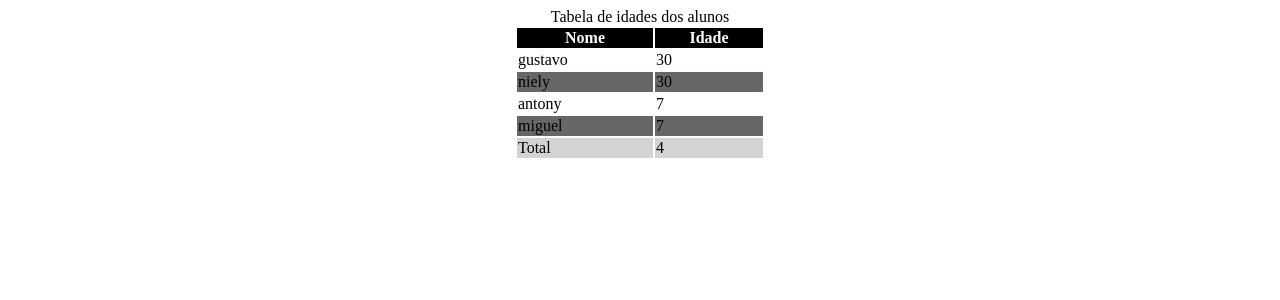
Repository: gustavotwist/html-css
Page: tabl.html
An editor plug-in stored every save of this project. The page is shown before and after the next save, followed by the edit.
The browser window is 1280 px wide. The pictures show the whole page.

Above is the page before, as saved 2024-04-27 20:17:48.

### tabl.html
<!DOCTYPE html>
<html lang="pt-br">
<head>
    <meta charset="UTF-8">
    <meta name="viewport" content="width=device-width, initial-scale=1.0">
    <title>tabelas</title>
    <style>
        table thead th {
            background-color: black;
            color: white;
        }
        table tfoot td {
            background-color: lightgray;
        }
        table tbody tr:nth-child(even) td {
            background-color: #686666;
        }
    </style>
</head>
<body>
    <table width="250"  align="center" collspacing="0">
        <caption>Tabela de idades dos alunos</caption>
        <thead>
            <tr>
                <th>Nome</th>
                <th>Idade</th>
            </tr>
        </thead>


        <tbody>
            <tr>
                <td>gustavo</td>
                <td>30</td>
            </tr>
            <tr>
                <td>niely</td>
                <td>30</td>
            </tr>
            <tr>
                <td>antony</td>
                <td>7</td>
            </tr>
            <tr>
                <td>miguel</td>
                <td>7</td>
            </tr>
        </tbody>
        <tfoot>
            <tr>
                <td>Total</td>
                <td>4</td>
            </tr>
        </tfoot>
    </table>



</body>
</html>

After the next save:
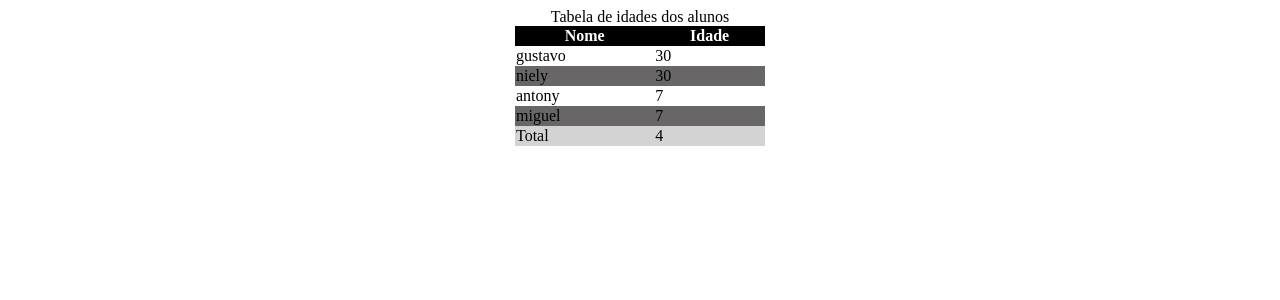
Saved 25 s later.
--- a/tabl.html
+++ b/tabl.html
@@ -18,7 +18,7 @@
     </style>
 </head>
 <body>
-    <table width="250"  align="center" collspacing="0">
+    <table width="250"  align="center" cellspacing="0">
         <caption>Tabela de idades dos alunos</caption>
         <thead>
             <tr>
